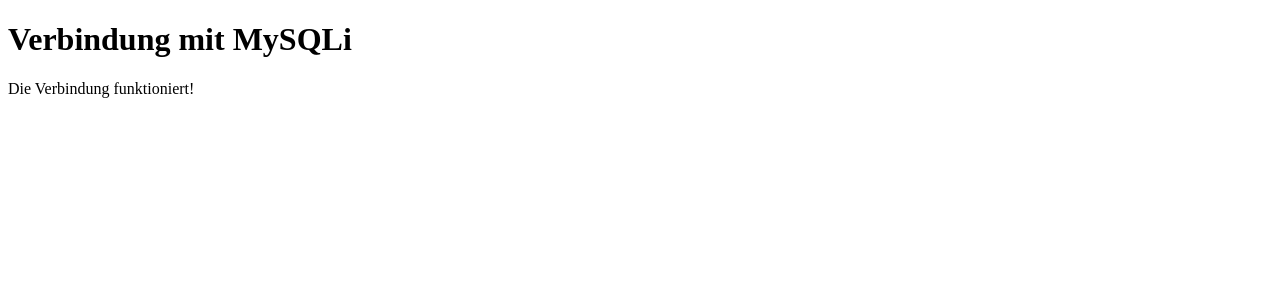
Repository: guelland/test
Page: http://localhost/Kap7/demo.php
These files come from the project's save history. The page is drawn as it stood at one moment and after the next save; the edit follows.
The browser window is 1280 px wide. The pictures show the whole page.
The page is run by PHP 8.4 with error messages shown; the project is at /var/www/html/.

Above is the page before, as saved 2016-11-20 21:57:10.

### projektdateien_objektorientierte_programmierung_mit_php/Kap7/demo.php
<?php
try{
	require_once 'includes/connect.php';
}catch (Exception $e){
	$error = $e->getMessage();
}

?>
<!DOCTYPE html>
<html>
	<head>
		<meta charset ="UTF-8" >
	</head>
	<body>
		<h1>Verbindung mit MySQLi</h1>
	<?php
			if (isset ($error)) {
				echo "<p> $error</p>";
			}else{
				echo "<p>Die Verbindung funktioniert!</p>";
			}
	  $db->close();
	 ?>
	</body>
</html>

### projektdateien_objektorientierte_programmierung_mit_php/Kap7/includes/connect.php
<?php

$db = new mysqli('localhost','root','sinned','test');
if ($db->connect_error){
	$error = $db->connect_error;
}

After the next save:
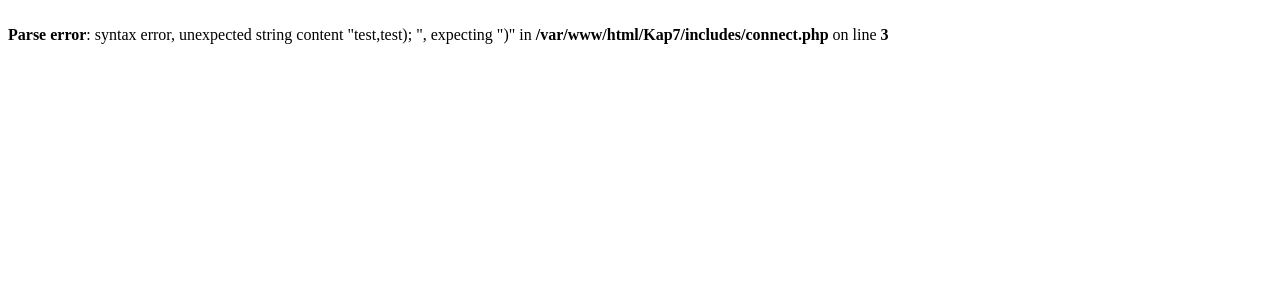
Saved 13 s later.
--- a/projektdateien_objektorientierte_programmierung_mit_php/Kap7/includes/connect.php
+++ b/projektdateien_objektorientierte_programmierung_mit_php/Kap7/includes/connect.php
@@ -1,6 +1,6 @@
 <?php
 
-$db = new mysqli('localhost','root','sinned','test');
+$db = new mysqli('localhost','root','sinned','test,test);
 if ($db->connect_error){
 	$error = $db->connect_error;
 }
